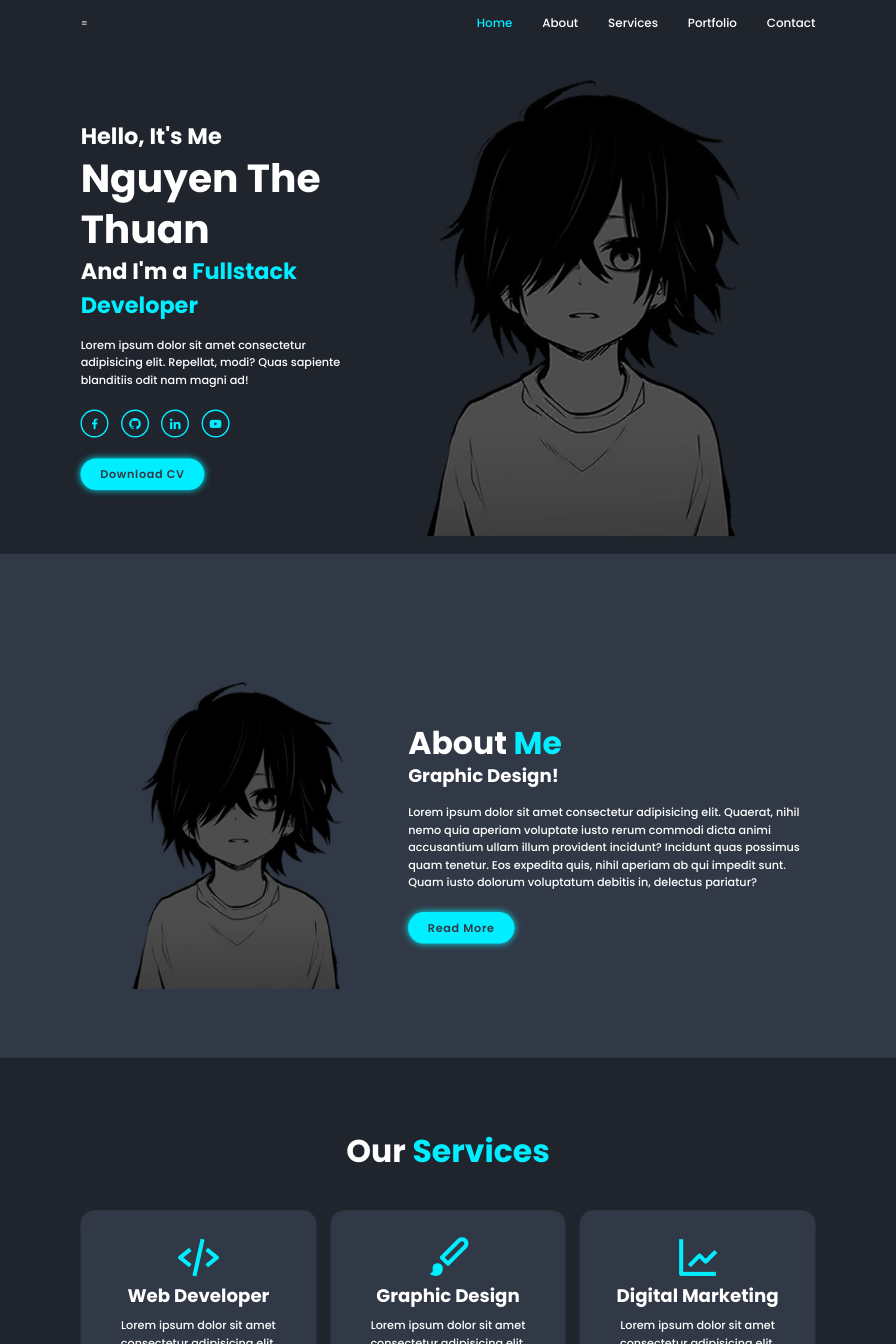
Repository: nguyenthethuan2004/portfolio
Page: index.html
An editor plug-in stored every save of this project. The page is shown before and after a run of saves, followed by the edit.
The browser window is 1280 px wide. The pictures show the part of the page from y = 0 to 1920 px (the page is 3777 px tall), at 70% of full size.

Above is the page before, as saved 2023-10-03 19:16:13.
Console error: ReferenceError: navbar is not defined

### index.html
<!DOCTYPE html>
<html lang="en">
  <head>
    <meta charset="UTF-8" />
    <meta name="viewport" content="width=device-width, initial-scale=1.0" />
    <title>Nguyen The Thuan</title>

    <!-- custom css -->

    <link rel="stylesheet" href="css/style.css" />

    <!-- box icon -->

    <link
      href="https://unpkg.com/boxicons@2.1.4/css/boxicons.min.css"
      rel="stylesheet"
    />
  </head>
  <body>

    <!-- header design -->

    <header class="header">
      <a href="#" class="logo" id="menu-icon">Portfolio</a>

      <i class='bx bx-menu' ></i>

      <nav class="navbar">
        <a href="#home" class="active">Home</a>
        <a href="#about">About</a>
        <a href="#services">Services</a>
        <a href="#portfolio">Portfolio</a>
        <a href="#contact">Contact</a>
      </nav>
    </header>

    <!-- home setion design -->

    <section class="home" id="home">
      <div class="home-content">
        <h3>Hello, It's Me</h3>
        <h1>Nguyen The Thuan</h1>
        <h3>And I'm a <span>Fullstack Developer</span></h3>
        <p>
          Lorem ipsum dolor sit amet consectetur adipisicing elit. Repellat,
          modi? Quas sapiente blanditiis odit nam magni ad!
        </p>
        <div class="social-media">
          <a href=""><i class="bx bxl-facebook"></i></a>
          <a href=""><i class="bx bxl-github"></i></a>
          <a href=""><i class="bx bxl-linkedin"></i></a>
          <a href=""><i class="bx bxl-youtube"></i></a>
        </div>

        <a href="#" class="btn">Download CV</a>
      </div>

      <div class="home-img">
        <img
          src="Image/315543773_466116068957574_5528625686489521569_n (1).png" alt="Anh"
        />
      </div>
    </section>

    <!-- about section design -->

    <section class="about" id="about">
      <div class="about-img">
        <img src="Image/315543773_466116068957574_5528625686489521569_n (1).png" alt="">
      </div>
      <div class="about-content">
        <h2 class="heading">About <span>Me</span></h2>
        <h3>Graphic Design!</h3>
        <p>Lorem ipsum dolor sit amet consectetur adipisicing elit. Quaerat, nihil nemo quia aperiam voluptate iusto rerum commodi dicta animi accusantium ullam illum provident incidunt? Incidunt quas possimus quam tenetur. Eos expedita quis, nihil aperiam ab qui impedit sunt. Quam iusto dolorum voluptatum debitis in, delectus pariatur?</p>
        <a href="#" class="btn">Read More</a>
      </div>
    </section>

    <!-- services section design -->

    <section class="services" id="services">
      <h2 class="heading">Our <span>Services</span></h2>

      <div class="services-container">
        <div class="services-box">
          <i class='bx bx-code-alt'></i>
          <h3>Web Developer</h3>
          <p>Lorem ipsum dolor sit amet consectetur adipisicing elit. Voluptatem sit odit doloribus fuga sed eaque atque. Iusto at perferendis officiis!</p>
          <a href="#" class="btn">Read More</a>
        </div>

        <div class="services-box">
          <i class='bx bxs-paint' ></i>
          <h3>Graphic Design</h3>
          <p>Lorem ipsum dolor sit amet consectetur adipisicing elit. Voluptatem sit odit doloribus fuga sed eaque atque. Iusto at perferendis officiis!</p>
          <a href="#" class="btn">Read More</a>
        </div>

        <div class="services-box">
          <i class='bx bx-line-chart' ></i>
          <h3>Digital Marketing</h3>
          <p>Lorem ipsum dolor sit amet consectetur adipisicing elit. Voluptatem sit odit doloribus fuga sed eaque atque. Iusto at perferendis officiis!</p>
          <a href="#" class="btn">Read More</a>
        </div>
      </div>
    </section>

    <!-- portfolio section design -->

    <section class="portfolio" id="portfolio">
      <h2 class="heading">Latest <span>Project</span></h2>

      <div class="portfolio-container">
        <div class="portfolio-box">
          <img src="Image/1.jpg" alt="">
          <div class="portfolio-layer">
            <h4>Web Design</h4>
            <p>Lorem, ipsum dolor sit amet consectetur adipisicing elit. Accusamus, exercitationem?</p>
            <a href="#"><i class='bx bx-link-external' ></i></a>
          </div>
        </div>

        <div class="portfolio-box">
          <img src="Image/2.jpg" alt="">
          <div class="portfolio-layer">
            <h4>Web Design</h4>
            <p>Lorem, ipsum dolor sit amet consectetur adipisicing elit. Accusamus, exercitationem?</p>
            <a href="#"><i class='bx bx-link-external' ></i></a>
          </div>
        </div>

        <div class="portfolio-box">
          <img src="Image/3.jpg" alt="">
          <div class="portfolio-layer">
            <h4>Web Design</h4>
            <p>Lorem, ipsum dolor sit amet consectetur adipisicing elit. Accusamus, exercitationem?</p>
            <a href="#"><i class='bx bx-link-external' ></i></a>
          </div>
        </div>

        <div class="portfolio-box">
          <img src="Image/4.jpg" alt="">
          <div class="portfolio-layer">
            <h4>Web Design</h4>
            <p>Lorem, ipsum dolor sit amet consectetur adipisicing elit. Accusamus, exercitationem?</p>
            <a href="#"><i class='bx bx-link-external' ></i></a>
          </div>
        </div>

        <div class="portfolio-box">
          <img src="Image/5.jpg" alt="">
          <div class="portfolio-layer">
            <h4>Web Design</h4>
            <p>Lorem, ipsum dolor sit amet consectetur adipisicing elit. Accusamus, exercitationem?</p>
            <a href="#"><i class='bx bx-link-external' ></i></a>
          </div>
        </div>

        <div class="portfolio-box">
          <img src="Image/6.jpg" alt="">
          <div class="portfolio-layer">
            <h4>Web Design</h4>
            <p>Lorem, ipsum dolor sit amet consectetur adipisicing elit. Accusamus, exercitationem?</p>
            <a href="#"><i class='bx bx-link-external' ></i></a>
          </div>
        </div>
      </div>
    </section>

    <!-- contact section design -->

    <section class="contact" id="contact">
      <h2 class="heading">Contact <span>Me!</span></h2>

      <form action="#">
        <div class="input-box">
          <input type="text" placeholder="Full Name">
          <input type="email" placeholder="Email Address">
        </div>

        <div class="input-box">
          <input type="number" placeholder="Mobile Number">
          <input type="text" placeholder="Email Subject">
        </div>
        <textarea name="" id="" cols="30" rows="10" placeholder="Your Message"></textarea>
        <input type="submit" value="Send Message" class="btn">
      </form>
    </section>

    <!-- footer design -->
    <footer class="footer">
      <div class="footer-text">
        <p>Copyright &copy; 2023 by Nguyen The Thuan | All Rights Reserved.</p>
      </div>

      <div class="footer-iconTop">
        <a href="#home"><i class='bx bx-up-arrow-alt' ></i></a>
      </div>
    </footer>


          <!-- custom js -->
    <script src="js/script.js"></script>


  </body>
</html>

### css/style.css
    @import url('https://fonts.googleapis.com/css2?family=Poppins:ital,wght@0,300;0,500;0,600;0,700;0,800;0,900;1,300;1,400;1,500;1,600;1,700;1,800;1,900&display=swap');
* {
    margin: 0;
    padding: 0;
    box-sizing: border-box;
    text-decoration: none;
    border: none;
    outline: none;
    scroll-behavior:smooth;
    font-family: 'Poppins', sans-serif;
}

:root {
    --bg-color:#1f242d;
    --second-bg-color:#323946;
    --text-color:#fff;
    --main-color:#0ef;
}

html {
    font-size: 62.5%;
    overflow-x: hidden;
}

body {
    background: var(--bg-color);
    color: var(--text-color);
}

section {
    min-height: 100vh;
    padding: 10rem 9% 2rem;
}

.header {
    position: fixed;
    top: 0;
    left: 0;
    width: 100%;
    padding: 2rem 9%;
    background: var(--bg-color);
    display: flex;
    justify-content: space-between;
    align-items: center;
    z-index: 100;
}

.header .sticky {
    border-bottom:.1rem solid rgba(0, 0, 0,.2) ;
}

.logo {
    font-size: 2.5rem;
    color: var(--text-color);
    width: 600px;
    cursor: default;
}

.navbar a {
    font-size: 1.7rem;
    color: var(--text-color);
    margin-left: 4rem;
    transition: .3s;
}

.navbar a:hover,
.navbar a.active {
    color: var(--main-color);
}

#menu-icon {
    font-size: 3.6rem;
    color: var(--text-color);
    display: none;
}

.home {
    display: flex;
    justify-content: center;
    align-items: center;
}

.home-image {
    width: 32vw;
}

.home-content h3 {
    font-size: 3.2rem;
    font-weight: 700;
}


.home-content h3:nth-of-type(2) {
    margin-bottom: 2rem;
}

span {
    color: var(--main-color);
}

.home-content h1 {
    font-size: 5.6rem;
    font-weight: 700;
    line-height: 1.3;
}

.home-content p {
    font-size: 1.6rem;
}

.social-media a {
    display: inline-flex;
    justify-content: center;
    align-items: center;
    width: 4rem;
    height: 4rem;
    background: transparent;
    border: .2rem solid var(--main-color);
    border-radius: 50%;
    font-size: 2rem;
    color: var(--main-color);
    margin: 3rem 1.5rem 3rem 0;
    transition: .3s ease;
}
.social-media a:hover {
    background: var(--main-color);
    color: var(--second-bg-color);
    box-shadow: 0 0 1rem var(--main-color);
}

.btn {
    display: inline-block;
    padding: 1rem 2.8rem;
    background: var(--main-color);
    border-radius: 4rem;
    box-shadow: 0 0 1rem var(--main-color);
    font-size: 1.6rem;
    color: var(--second-bg-color);
    letter-spacing: .1rem;
    font-weight: 600;
    transition: .5s ease-in-out;
}

.btn:hover {
    box-shadow: none;

}

.about {
    display: flex;
    justify-content: center;
    align-items: center;
    gap: 2rem;
    background: var(--second-bg-color);
}

.about-img img {
    width: 35vw;
}

.heading {
    text-align: center;
    font-size: 4.5rem;
}

.about-content h2 {
    text-align: left;
    line-height: 1.2;
}

.about-content h3 {
    font-size:2.6rem;
}

.about-content p {
    font-size: 1.6rem;
    margin: 2rem 0 3rem 0;
}

.services h2 {
    margin-bottom: 5rem;
}

.services-container {
    display:flex;
    justify-content: center;
    align-items: center;
    flex-wrap: wrap;
    gap:2rem;
}

.services-container .services-box {
    flex: 1 1 30rem;
    background: var(--second-bg-color);
    padding: 3rem 2rem 4rem;
    border-radius: 2rem;
    text-align: center;
    border: .2rem solid var(--second-bg-color);
    transition: .5s ease;
}

.services-container .services-box:hover {
    border-color: var(--main-color);
    transform: scale(1.02);
}

.services-box i {
    font-size: 7rem;
    color: var(--main-color);
}

.services-box h3 {
    font-size: 2.6rem;
}

.services-box p {
    font-size: 1.6rem;
    margin: 1rem 0 3rem;
}

.portfolio {
    background:var(--second-bg-color) ;
}

.portfolio h2 {
    margin-bottom: 4rem;
}

.portfolio-container {
    display: grid;
    grid-template-columns: repeat(3, 1fr);
    align-items: center;
    gap: 2.5rem ;
}

.portfolio-container .portfolio-box {
    position: relative;
    border-radius: 2rem ;
    box-shadow: 0 0 1rem var(--bg-color);
    overflow: hidden;
    display: flex;
}

.portfolio-box img {
    width: 100%;
    transition: .5s ease;
}

.portfolio-box:hover img {
    transform: scale(1.1);
}

.portfolio-box .portfolio-layer {
    position: absolute;
    bottom: 0;
    left: 0;
    width: 100%;
    height: 100%;
    background: linear-gradient( rgba(0, 0, 0,.1), var(--main-color));
    display: flex;
    justify-content: center;
    align-items: center;
    flex-direction: column;
    text-align: center;
    padding: 0 4rem;
    transform: translateY(100%);
    transition: .5s ease;

}

.portfolio-box:hover .portfolio-layer {
    transform: translateY(0);

}

.portfolio-box .portfolio-layer h4 {
    font-size: 4rem;
}

.portfolio-layer p {
    font-size: 1.6rem;
    margin: .3rem 0 1rem 0;
}

.portfolio-layer a {
    display: inline-flex;
    justify-content: center;
    align-items: center;
    width: 3.7rem;
    height: 3.7rem;
    background:var(--text-color);
    border-radius: 50%;
}

.portfolio-layer a i {
    font-size: 2rem;
    color: var(--second-bg-color);
}

.contact h2 {
    margin-bottom: 3rem;
}

.contact form {
    max-width: 70rem;
    margin: 1rem auto;
    text-align: center;
    margin-bottom: 3rem;
}

.contact form .input-box {
    display: flex;
    justify-content: space-between;
    flex-wrap: wrap;
}

.contact form .input-box input,
.contact form textarea {
    width: 100%;
    padding: 1.5rem;
    font-size:1.6rem;
    color: var(--text-color);
    background: var(--second-bg-color);
    border-radius: .8rem;
    margin: .7rem 0;
}

.contact form .input-box input {
    width: 49%;
}

.contact form textarea {
    resize: none;
}

.contact form .btn {
     margin-top: 2rem;
     cursor: pointer;
}

.footer {
    display: flex;
    justify-content: space-between  ;
    align-items: center;
    flex-wrap: wrap;
    padding: 2rem 9%;
    background: var(--second-bg-color);
}

.footer-text {
    font-size: 1.5rem;
}

.footer-iconTop a {
    display: inline-flex;
    justify-content: center;
    align-items: center;
    padding: .8rem;
    background: var(--main-color);
    border-radius: .8rem;
    transition: .5s ease;
}

.footer-iconTop a:hover {
    box-shadow: 0 0 1rem var(--main-color);
}

.footer-iconTop a i {
    font-size: 2rem;
    color: var(--second-bg-color);
}

/* ---------------------------------BREAKPOINTS------------------------- */

@media (max-width:1200px) {
    html {
        font-size: 55%;
    }
}

@media (max-width:991px) {
    .header {
        padding: 2rem 3%;
    }

    section {
        padding: 10rem 3% 2rem;
    }

    .footer {
        padding: 2rem 3%;
    }
}

@media (max-width:768px) {
    #menu-icon{
        display: block;
    }

    .navbar {
        position:  absolute;
        top: 100%;
        left: 0;
        width: 100%;
        padding: 1rem 3%;
        background: var(--bg-color);
        border-top: .1rem solid rgba(0, 0, 0,.2);
        box-shadow: 0 0.5rem 1rem rgba(0, 0, 0,.2);
        display: none;
    }

    .navbar .active {
        display: block;
    }

    .navbar a {
        display:block;
        font-size: 2rem;
        margin: 3rem 0;

    }

    .home {
        flex-direction: column;
    }

    .home-content h3 {
        font-size: 2.6rem;
    }

    .home-content h1 {
        font-size: 5rem;
    }

    .home-img img {
        width: 70vw;
        margin-top: 4rem;
    }

    .about {
        flex-direction: column-reverse;
    }

    .about img {
        width: 70vw;
        margin-top: 4rem;
    }
}

### js/script.js
/*========================= toggle icon navbar ========================*/

let menuIcon = document.querySelector('#menu-icon');
let navbarIcon = document.querySelector('.navbar');

menuIcon.onclick = () => {
    menuIcon.classList.toggle('bx-x');
    navbar.classList.toggle('active');
};

/*========================= scroll sections avtive link ========================*/

 let sections = document.querySelectorAll('section');
 let navLinks = document.querySelectorAll('header nav a');

 window.onscroll = () => {
    sections.forEach(sec => {
        let top = window.scrollY;
        let offset = sec.offsetTop - 150;
        let height = sec.offsetHeight;
        let id =  sec.getAttribute('id');

        if (top >= offset && top < offset + height) {
            navLinks.forEach(links => {
                links.classList.remove('active');
                document.querySelector('header nav a[href*=' + id + ']').classList.add('active');

            });
        };
    });
    /*========================= sticky navbar =========================*/

    let header = document.querySelector('header');

    header.classList.toggle('sticky', window.scrollY > 100);

    /*========================= remove toggle icon and navbar when click navbar links ========================*/
    menuIcon.classList.remove('bx-x');
    navbar.classList.remove('active');
};

After the next 2 saves:
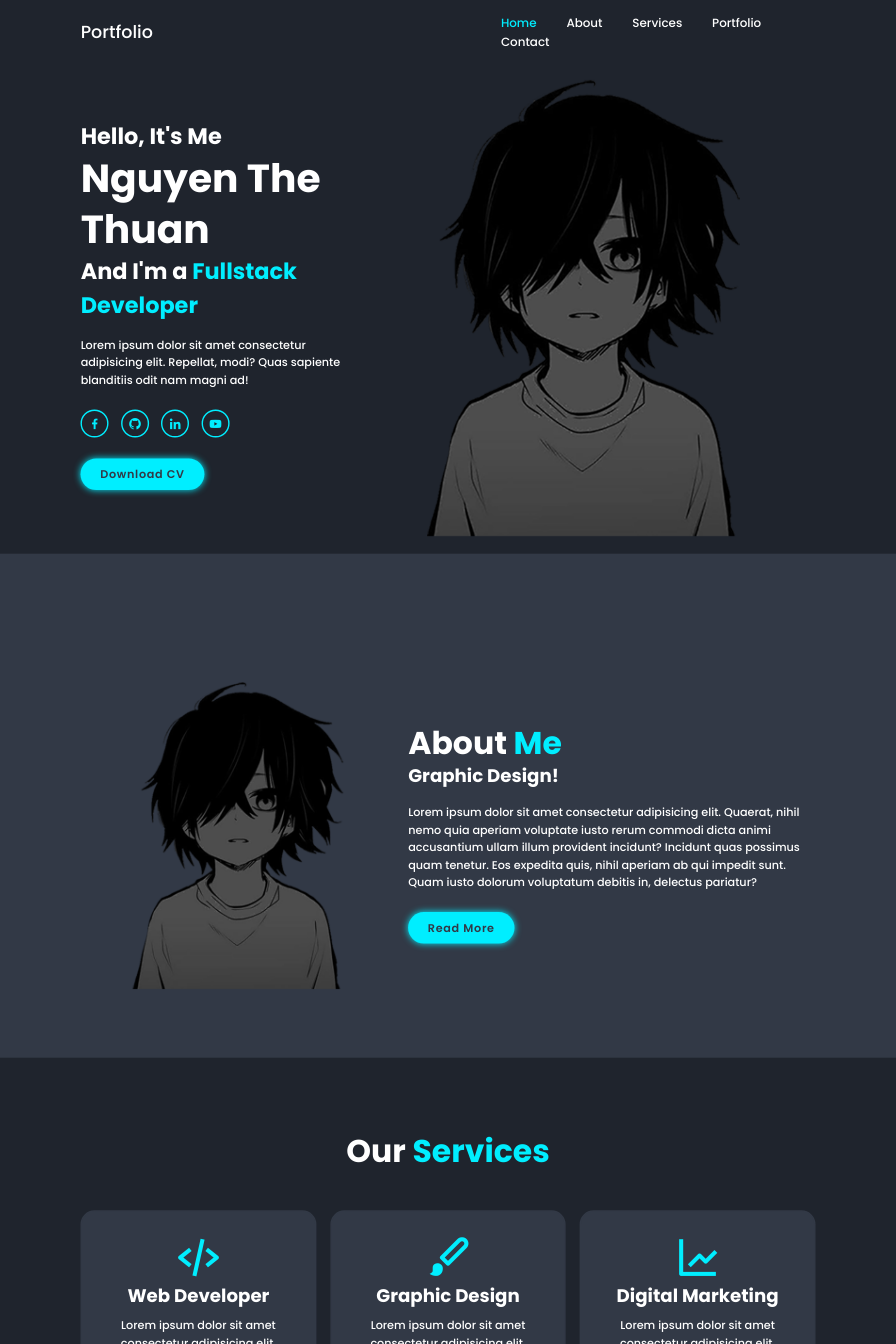
The 2 saves are shown as one change because they came seconds apart.
The last was saved 8 s later.
--- a/index.html
+++ b/index.html
@@ -21,9 +21,9 @@
     <!-- header design -->
 
     <header class="header">
-      <a href="#" class="logo" id="menu-icon">Portfolio</a>
-
-      <i class='bx bx-menu' ></i>
+      <a href="#" class="logo" >Portfolio</a>
+
+      <i class='bx bx-menu' id="menu-icon" ></i>
 
       <nav class="navbar">
         <a href="#home" class="active">Home</a>
